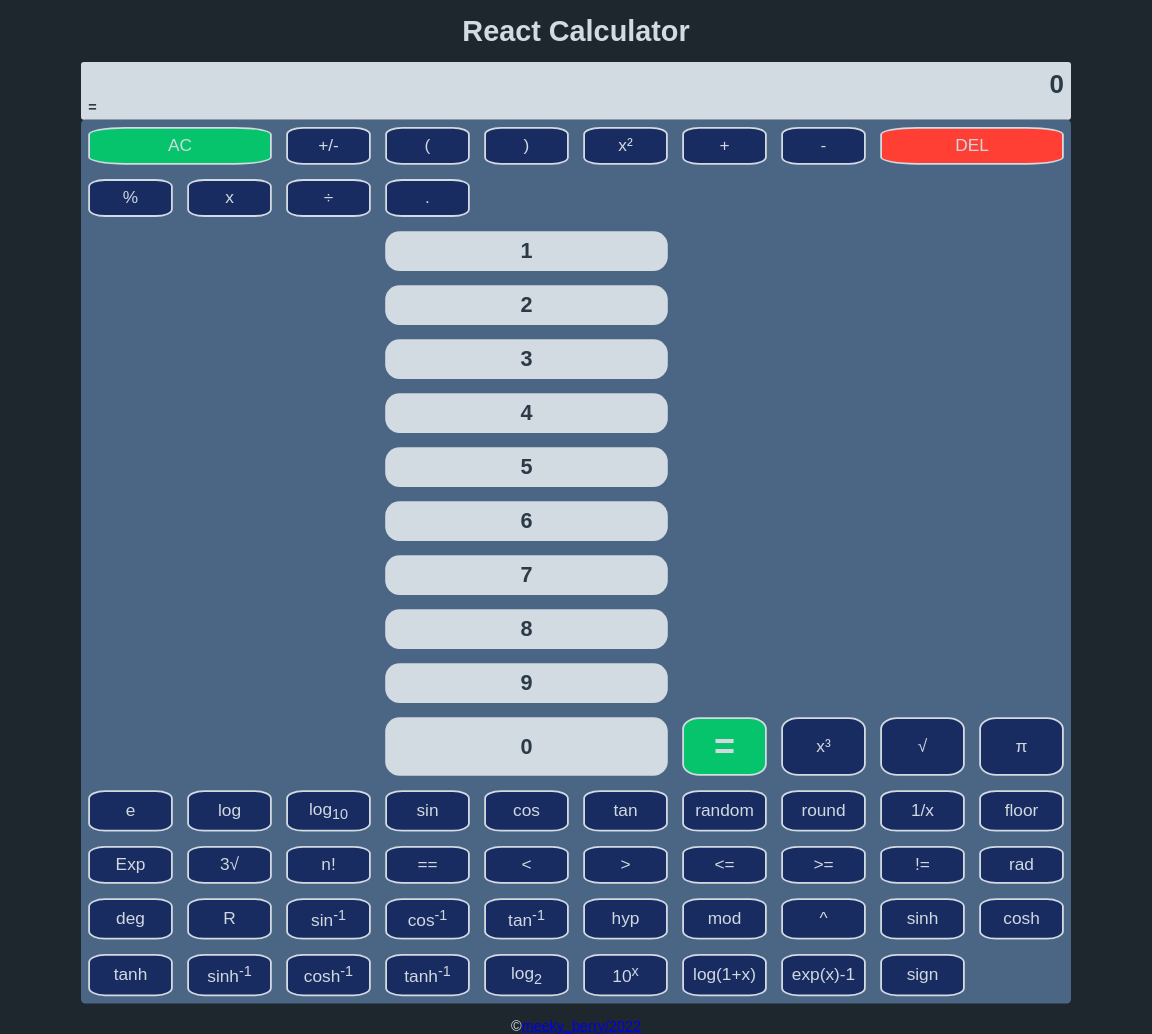
Repository: MikkyPrestige/calculator
Page: /
An editor plug-in stored every save of this project. The page is shown before and after the next save, followed by the edit.
The browser window is 1280 px wide. The pictures show the whole page, at 90% of full size.
The project was rebuilt for these pictures with package versions that can differ from the ones it lists, and the page was loaded fresh each time.

Above is the page before, as saved 2022-11-17 21:42:30.

### src/index.css
* {
 margin: 0;
 padding: 0;
 box-sizing: border-box;
}

body {
 font-family: 'Poppins', sans-serif;
 background: #1e272e;
}

.heading {
  color: #d2dae2;
  text-align: center;
  margin: 1rem;
}

.app-container {
 width: 100%;
 max-width: 1100px;
 margin: 1rem auto;
}

.display {
 background-color: #d2dae2;
 color: #2C3A47;
 height: 4rem;
 font-size: 1.8rem;
 font-weight: 700;
 display: flex;
 flex-direction: column;
 padding: .5rem;
 border-radius: .2rem;
}

.display-calc {
 display: flex;
 justify-content: flex-end;
 align-items: center;
}

.display-result {
 display: flex;
 justify-content: flex-start;
 align-items: center;
 font-size: 1rem;
 font-weight: 700;
}

.operators {
 display: grid;
 grid-template-columns: repeat(10, 1fr);
 grid-gap: 1rem;
 background-color: #4b6584;
 padding: .5rem;
 border-radius: .3rem;
}

.operator {
 background-color: #182C61;
 color: #d1d8e0;
 font-size: 1.2rem;
 font-weight: 400;
 padding: .5rem;
 border: none;
 cursor: pointer;
 border-radius: 20%;
 border: 2px solid #d2dae2;
 -webkit-border-radius: 20%;
 -moz-border-radius: 20%;
 -ms-border-radius: 20%;
 -o-border-radius: 20%;
}

.operator:hover {
 background-color: #273c75;
}

.operator:active {
 background-color: #485460;
}

.digit {
  font-size: 1.5rem;
  font-weight: 700;
  color: #2C3A47;
  cursor: pointer;
  background-color: #d2dae2;
  border: none;
  border-radius: 1rem;
  text-align: center;
  padding: .5rem;
  grid-column: 4 /7;
}

.digit:hover {
  background-color: #808e9b;
}

.digit:active {
  background-color: #485460;
}

.clear {
 background-color: #05c46b;
  grid-column: 1 / 3;
  grid-row: 1 / 2;
}

.delete {
 background-color: #ff3f34;
  grid-column: 9 / -1;
  grid-row: 1 / 2;
}

.equalTo {
 /* grid-row: 6 / span 2; */
 /* grid-column: 6; */
 background-color: #05c46b;
 font-size: 2.5rem;
 font-weight: 700;
}

.cube {
 /* grid-row: 3; */
}

.sqrt {
 /* grid-row: 4; */
}

.exponent {
 /* grid-row: 5; */
}

.pie {
 /* grid-row: 5; */
}

.log {
 /* grid-row: 3; */
}

.logTen {
 /* grid-row: 4; */
}

.sin {
 /* grid-row: 3; */
}

.tan {
 /* grid-row: 4; */
}

.cos  {
 /* grid-row: 5; */
}

.zero {
 /* grid-row: 6; */
 /* grid-column: 5; */
}

.attribution {
  color: #d2dae2;
  text-align: center;
}

### src/App.js
import React from 'react';
import { useState } from 'react';

function App() {
  // DECLARE A NEW STATE VARIABLE
  const [calc, setCalc] = useState("");
  const [result, setResult] = useState("");

  // OPERATORS VARIABLE IS AN ARRAY OF OPERATORS THAT WILL BE USED TO CHECK IF THE USER IS TRYING TO ENTER AN OPERATOR OR NOT
  const ops = ["+", "-", "*", "/", ".", "<", ">", "<=", ">=", "±", "%", "!="];

  // UPDATE CALC STATE VARIABLE WITH THE VALUE OF THE BUTTON THAT WAS CLICKED
  const updateCalc = value => {
    if (
      (ops.includes(value) && calc === "") || // IF THE VALUE IS AN OPERATOR AND THE CALC STATE VARIABLE IS EMPTY
      (ops.includes(value) && ops.includes(calc.slice(-1))) // IF THE VALUE IS AN OPERATOR AND THE LAST CHARACTER OF THE CALC STATE VARIABLE IS ALSO AN OPERATOR
    ) {
      return;
    }

    setCalc(calc + value);  // UPDATE THE CALC STATE VARIABLE WITH THE VALUE OF THE BUTTON THAT WAS CLICKED

    if (!ops.includes(value)) {  // IF THE VALUE IS NOT AN OPERATOR
      setResult(eval(calc + value).toString());   // EVALUATE THE CALC STATE VARIABLE AND UPDATE THE RESULT STATE VARIABLE
    }
  };

  // CREATE CLEAR FUNCTION
  const clear = () => {
    setCalc("");    // SET CALC STATE VARIABLE TO EMPTY
    setResult("");  // SET RESULT STATE VARIABLE TO EMPTY
  };

  // CREATE DELETE FUNCTION
  const del = () => {
    if (calc === "") {
      return;
    }
    const value = calc.slice(0, -1);  // REMOVE THE LAST CHARACTER OF THE CALC STATE VARIABLE
    setCalc(value);  // UPDATE THE CALC STATE VARIABLE
  };

  // CREATE EVALUATE FUNCTION
  const calculate = () => {
    setCalc(eval(calc).toString());  // EVALUATE THE CALC STATE VARIABLE AND UPDATE THE CALC STATE VARIABLE
    setResult("");  // SET RESULT STATE VARIABLE TO EMPTY
  };

  // CREATE PERCENTAGE FUNCTION
  const percentage = () => {
    if (calc === "") {
      return;
    }
    const value = parseFloat(calc);   // CONVERT THE CALC STATE VARIABLE TO A FLOAT
    if (value === 0) {
      return;
    }
    setCalc((value / 100).toString());  // DIVIDE THE CALC STATE VARIABLE BY 100 AND UPDATE THE CALC STATE VARIABLE
  };

  // CREATE POSITIVE/NEGATIVE FUNCTION
  const posNeg = () => {
    if (calc === "") {
      return;
    }
    const value = parseFloat(calc);
    if (value === 0) {
      return;
    }
    setCalc((value * -1).toString());  // MULTIPLY THE CALC STATE VARIABLE BY -1 AND UPDATE THE CALC STATE VARIABLE
  };

  // CREATE BRACKET FUNCTION
  const bracket = value => {
    if (calc === "" && value === "(" && ")") { // IF THE CALC STATE VARIABLE IS EMPTY AND THE VALUE IS "(" && ")"
      setCalc(calc + value);
      return;
    }
    setCalc(calc + value);  // UPDATE THE CALC STATE VARIABLE WITH THE VALUE OF THE BUTTON THAT WAS CLICKED
  };

  // CREATE SQUARE FUNCTION
  const square = () => {
    if (calc === "") {
      return;
    }
    const value = parseFloat(calc);
    if (value === 0) {
      return;
    }
    setCalc((value * value).toString());  // MULTIPLY THE CALC STATE VARIABLE BY ITSELF AND UPDATE THE CALC STATE VARIABLE
  };

  // CREATE A CUBE FUNCTION
  const cube = () => {
    if (calc === "") {
      return;
    }
    const value = parseFloat(calc);
    if (value === 0) {
      return;
    }
    setCalc((value * value * value).toString());  // MULTIPLY THE CALC STATE VARIABLE BY ITSELF THREE TIMES AND UPDATE THE CALC STATE VARIABLE
  };

  // CREATE SQUARE ROOT FUNCTION
  const squareRoot = () => {
    if (calc === "") {
      return;
    }
    const value = parseFloat(calc);
    if (value === 0) {
      return;
    }
    setCalc(Math.sqrt(value).toString());  // CALCULATE THE SQUARE ROOT OF THE CALC STATE VARIABLE AND UPDATE THE CALC STATE VARIABLE
  };

  // CREATE PI FUNCTION
  const pi = () => {
    if (calc === "") {
      return;
    }
    const value = parseFloat(calc);
    if (value === 0) {
      return;
    }
    setCalc((value * 3.141592653589793).toString());  // MULTIPLY THE CALC STATE VARIABLE BY PI AND UPDATE THE CALC STATE VARIABLE
  };

  // CREATE E FUNCTION
  const e = () => {
    if (calc === "") {
      return;
    }
    const value = parseFloat(calc);
    if (value === 0) {
      return;
    }
    setCalc((value * 2.718281828459045).toString());  // MULTIPLY THE CALC STATE VARIABLE BY E AND UPDATE THE CALC STATE VARIABLE
  };

  // CREATE LOG FUNCTION
  const log = () => {
    if (calc === "") {
      return;
    }
    const value = parseFloat(calc);
    if (value === 0) {
      return;
    }
    setCalc(Math.log(value).toString());  // CALCULATE THE LOGARITHM OF THE CALC STATE VARIABLE AND UPDATE THE CALC STATE VARIABLE
  };

  // CREATE BASE 10 LOG FUNCTION
  const log10 = () => {
    if (calc === "") {
      return;
    }
    const value = parseFloat(calc);
    if (value === 0) {
      return;
    }
    setCalc(Math.log10(value).toString());  // CALCULATE THE BASE 10 LOGARITHM OF THE CALC STATE VARIABLE AND UPDATE THE CALC STATE VARIABLE
  };

  // CREATE BASE 2 LOG FUNCTION
  const log2 = () => {
    if (calc === "") {
      return;
    }
    const value = parseFloat(calc);
    if (value === 0) {
      return;
    }
    setCalc(Math.log2(value).toString());  // CALCULATE THE BASE 2 LOGARITHM OF THE CALC STATE VARIABLE AND UPDATE THE CALC STATE VARIABLE
  };

  // CREATE LOG1P FUNCTION
  const log1p = () => {
    if (calc === "") {
      return;
    }
    const value = parseFloat(calc);
    if (value === 0) {
      return;
    }
    setCalc(Math.log1p(value).toString());  // CALCULATE THE LOGARITHM OF THE CALC STATE VARIABLE PLUS 1 AND UPDATE THE CALC STATE VARIABLE
  };

  // CREATE EXPONENTIAL -1 FUNCTION
  const expm1 = () => {
    if (calc === "") {
      return;
    }
    const value = parseFloat(calc);
    if (value === 0) {
      return;
    }
    setCalc(Math.expm1(value).toString());  // CALCULATE THE EXPONENTIAL OF THE CALC STATE VARIABLE MINUS 1 AND UPDATE THE CALC STATE VARIABLE
  };

  // CREATE SIGN FUNCTION
  const sign = () => {
    if (calc === "") {
      return;
    }
    const value = parseFloat(calc);
    if (value === 0) {
      return;
    }
    setCalc(Math.sign(value).toString());  // CALCULATE THE SIGN OF THE CALC STATE VARIABLE AND UPDATE THE CALC STATE VARIABLE
  };

  // CREATE RAISE TO POWER 10 FUNCTION
  const pow10 = () => {
    if (calc === "") {
      return;
    }
    const value = parseFloat(calc);
    if (value === 0) {
      return;
    }
    setCalc(Math.pow(10, value).toString());  // RAISE 10 TO THE POWER OF THE CALC STATE VARIABLE AND UPDATE THE CALC STATE VARIABLE
  };

  // CREATE SIN FUNCTION
  const sin = () => {
    if (calc === "") {
      return;
    }
    const value = parseFloat(calc);
    if (value === 0) {
      return;
    }
    setCalc(Math.sin(value).toString());  // CALCULATE THE SINE OF THE CALC STATE VARIABLE AND UPDATE THE CALC STATE VARIABLE
  };

  // CREATE COS FUNCTION
  const cos = () => {
    if (calc === "") {
      return;
    }
    const value = parseFloat(calc);
    if (value === 0) {
      return;
    }
    setCalc(Math.cos(value).toString());  // CALCULATE THE COSINE OF THE CALC STATE VARIABLE AND UPDATE THE CALC STATE VARIABLE
  };

  // CREATE TAN FUNCTION
  const tan = () => {
    if (calc === "") {
      return;
    }
    const value = parseFloat(calc);
    if (value === 0) {
      return;
    }
    setCalc(Math.tan(value).toString());  // CALCULATE THE TANGENT OF THE CALC STATE VARIABLE AND UPDATE THE CALC STATE VARIABLE
  };

  // CREATE INVERSE SIN FUNCTION
  const asin = () => {
    if (calc === "") {
      return;
    }
    const value = parseFloat(calc);
    if (value === 0) {
      return;
    }
    setCalc(Math.asin(value).toString());  // CALCULATE THE INVERSE SINE OF THE CALC STATE VARIABLE AND UPDATE THE CALC STATE VARIABLE
  };

  // CREATE INVERSE COS FUNCTION
  const acos = () => {
    if (calc === "") {
      return;
    }
    const value = parseFloat(calc);
    if (value === 0) {
      return;
    }
    setCalc(Math.acos(value).toString());  // CALCULATE THE INVERSE COSINE OF THE CALC STATE VARIABLE AND UPDATE THE CALC STATE VARIABLE
  };

  // CREATE INVERSE TAN FUNCTION
  const atan = () => {
    if (calc === "") {
      return;
    }
    const value = parseFloat(calc);
    if (value === 0) {
      return;
    }
    setCalc(Math.atan(value).toString());  // CALCULATE THE INVERSE TANGENT OF THE CALC STATE VARIABLE AND UPDATE THE CALC STATE VARIABLE
  };

  // CREATE SINH FUNCTION
  const sinh = () => {
    if (calc === "") {
      return;
    }
    const value = parseFloat(calc);
    if (value === 0) {
      return;
    }
    setCalc(Math.sinh(value).toString());  // CALCULATE THE HYPERBOLIC SINE OF THE CALC STATE VARIABLE AND UPDATE THE CALC STATE VARIABLE
  };

  // CREATE COSH FUNCTION
  const cosh = () => {
    if (calc === "") {
      return;
    }
    const value = parseFloat(calc);
    if (value === 0) {
      return;
    }
    setCalc(Math.cosh(value).toString());  // CALCULATE THE HYPERBOLIC COSINE OF THE CALC STATE VARIABLE AND UPDATE THE CALC STATE VARIABLE
  };

  // CREATE TANH FUNCTION
  const tanh = () => {
    if (calc === "") {
      return;
    }
    const value = parseFloat(calc);
    if (value === 0) {
      return;
    }
    setCalc(Math.tanh(value).toString());  // CALCULATE THE HYPERBOLIC TANGENT OF THE CALC STATE VARIABLE AND UPDATE THE CALC STATE VARIABLE
  };

  // CREATE INVERSE SINH FUNCTION
  const asinh = () => {
    if (calc === "") {
      return;
    }
    const value = parseFloat(calc);
    if (value === 0) {
      return;
    }
    setCalc(Math.asinh(value).toString());  // CALCULATE THE INVERSE HYPERBOLIC SINE OF THE CALC STATE VARIABLE AND UPDATE THE CALC STATE VARIABLE
  };

  // CREATE INVERSE COSH FUNCTION
  const acosh = () => {
    if (calc === "") {
      return;
    }
    const value = parseFloat(calc);
    if (value === 0) {
      return;
    }
    setCalc(Math.acosh(value).toString());  // CALCULATE THE INVERSE HYPERBOLIC COSINE OF THE CALC STATE VARIABLE AND UPDATE THE CALC STATE VARIABLE
  };

  // CREATE INVERSE TANH FUNCTION
  const atanh = () => {
    if (calc === "") {
      return;
    }
    const value = parseFloat(calc);
    if (value === 0) {
      return;
    }
    setCalc(Math.atanh(value).toString());  // CALCULATE THE INVERSE HYPERBOLIC TANGENT OF THE CALC STATE VARIABLE AND UPDATE THE CALC STATE VARIABLE
  };

  // CREATE HYPOTENUSE FUNCTION
  const hyp = () => {
    if (calc === "") {
      return;
    }
    const value = parseFloat(calc);
    if (value === 0) {
      return;
    }
    setCalc(Math.hypot(value).toString());  // CALCULATE THE HYPOTENUSE OF THE CALC STATE VARIABLE AND UPDATE THE CALC STATE VARIABLE
  };


  // CREATE RADIAN FUNCTION
  const radian = () => {
    if (calc === "") {
      return;
    }
    const value = parseFloat(calc);
    if (value === 0) {
      return;
    }
    setCalc((value * 0.017453292519943295).toString());  // MULTIPLY THE CALC STATE VARIABLE BY RADIAN AND UPDATE THE CALC STATE VARIABLE
  };

  // CREATE DEGREE FUNCTION
  const degree = () => {
    if (calc === "") {
      return;
    }
    const value = parseFloat(calc);
    if (value === 0) {
      return;
    }
    setCalc((value * 57.29577951308232).toString());  // MULTIPLY THE CALC STATE VARIABLE BY DEGREE AND UPDATE THE CALC STATE VARIABLE
  };

  // CREATE RADIUS FUNCTION
  const radius = () => {
    if (calc === "") {
      return;
    }
    const value = parseFloat(calc);
    if (value === 0) {
      return;
    }
    setCalc((value * 0.5).toString());  // MULTIPLY THE CALC STATE VARIABLE BY RADIUS AND UPDATE THE CALC STATE VARIABLE
  };

  // CREATE RECIPROCAL/INVERSE FUNCTION
  const reciprocal = () => {
    if (calc === "") {
      return;
    }
    const value = parseFloat(calc);
    if (value === 0) {
      return;
    }
    setCalc((1 / value).toString());  // DIVIDE 1 BY THE CALC STATE VARIABLE AND UPDATE THE CALC STATE VARIABLE
  };

  // CREATE RANDOM FUNCTION
  const random = () => {
    if (calc === "") {
      return;
    }
    const value = parseFloat(calc);
    if (value === 0) {
      return;
    }
    setCalc(Math.random(value).toString());  // RANDOMLY GENERATE A NUMBER AND UPDATE THE CALC STATE VARIABLE
  };

  // CREATE ROUND FUNCTION
  const round = () => {
    if (calc === "") {
      return;
    }
    const value = parseFloat(calc);
    if (value === 0) {
      return;
    }
    setCalc(Math.round(value).toString());  // ROUND THE CALC STATE VARIABLE AND UPDATE THE CALC STATE VARIABLE
  };

  // CREATE FLOOR FUNCTION
  const floor = () => {
    if (calc === "") {
      return;
    }
    const value = parseFloat(calc);
    if (value === 0) {
      return;
    }
    setCalc(Math.floor(value).toString());  // FLOOR OF THE CALC STATE VARIABLE AND UPDATE THE CALC STATE VARIABLE
  };

  // CREATE EXPONENTIAL FUNCTION
  const exponential = () => {
    if (calc === "") {
      return;
    }
    const value = parseFloat(calc);
    if (value === 0) {
      return;
    }
    setCalc(Math.exp(value).toString());  // EXPONENTIAL OF THE CALC STATE VARIABLE AND UPDATE THE CALC STATE VARIABLE
  };

  // CREATE CUBE ROOT FUNCTION
  const cubeRoot = () => {
    if (calc === "") {
      return;
    }
    const value = parseFloat(calc);
    if (value === 0) {
      return;
    }
    setCalc(Math.cbrt(value).toString());  // CUBE ROOT OF THE CALC STATE VARIABLE AND UPDATE THE CALC STATE VARIABLE
  };

  // CREATE FACTORIAL FUNCTION
  const factorial = () => {
    if (calc === "") {
      return;
    }
    const value = parseFloat(calc);
    if (value === 0) {
      return;
    }
    setCalc(factorialize(value).toString());  // FACTORIAL OF THE CALC STATE VARIABLE AND UPDATE THE CALC STATE VARIABLE
  };

  // CREATE FACTORIAL FUNCTION
  const factorialize = (num) => {
    if (num < 0) {
      return -1;
    } else if (num === 0) {
      return 1;
    } else {
      return num * factorialize(num - 1);
    }
  };

  // CREATE DIGITS FUNCTION
  const createDigits = () => {
    const digits = []; // CREATE DIGITS ARRAY
    for (let i = 1; i < 10; i++) { // LOOP THROUGH DIGITS 1-9
      digits.push(i); // PUSH NUMBERS 1-9 TO DIGITS ARRAY
    }
    return digits;
  };

  //RETURN THE CALCULATOR SCREEN AND BUTTONS
  return (
    <div className='app'>
      <header>
        <h1 className='heading'>React Calculator</h1>
      </header>
      <div className='app-container'>
        <div className='display'>
          <div className='display-calc'>
            {calc || "0"}  {/* DISPLAY CALC STATE VARIABLE OR 0 */}
          </div>
          <div className='display-result'>
            = {result}  {/* DISPLAY RESULT STATE VARIABLE */}
          </div>
        </div>
        <div className='operators'>
          <button onClick={clear} className='operator clear'>AC</button>
          <button onClick={posNeg} className='operator'>+/-</button>
          <button onClick={() => bracket('(')} className='operator'>(</button>
          <button onClick={() => bracket(')')} className='operator'>)</button>
          <button onClick={square} className='operator'>x²</button>
          <button onClick={del} className='operator delete'>DEL</button>
          <button onClick={() => updateCalc('+')} className='operator'>+</button>
          <button onClick={() => updateCalc('-')} className='operator'>-</button>
          <button onClick={percentage} className='operator'>%</button>
          <button onClick={() => updateCalc('*')} className='operator'>x</button>
          <button onClick={() => updateCalc('/')} className='operator'>÷</button>
          <button onClick={() => updateCalc('.')} className='operator'>.</button>
          {createDigits().map((digit) => (
            <button onClick={() => updateCalc(digit.toString())} className='digit' key={digit}>{digit}</button> // CREATE DIGITS BUTTONS AND MAP THROUGH DIGITS ARRAY TO DISPLAY DIGITS 1-9 ON BUTTONS
          ))}
          <button onClick={() => updateCalc('0')} className='zero digit'>0</button>
          <button onClick={calculate} className='operator equalTo'>=</button>
          <button onClick={cube} className='operator cube'>x³</button>
          <button onClick={squareRoot} className='operator sqrt'>√</button>
          <button onClick={pi} className='operator pie'>π</button>
          <button onClick={e} className='operator exponent'>e</button>
          <button onClick={log} className='operator log'>log</button>
          <button onClick={log10} className='operator logTen'>log<sub>10</sub></button>
          <button onClick={sin} className='operator sin'>sin</button>
          <button onClick={cos} className='operator cos'>cos</button>
          <button onClick={tan} className='operator tan'>tan</button>
          <button onClick={random} className='operator'>random</button>
          <button onClick={round} className='operator'>round</button>
          <button onClick={reciprocal} className='operator'>1/x</button>
          <button onClick={floor} className='operator'>floor</button>
          <button onClick={exponential} className='operator'>Exp</button>
          <button onClick={cubeRoot} className='operator'>3√</button>
          <button onClick={factorial} className='operator'>n!</button>
          <button onClick={() => updateCalc('==')} className='operator'>==</button>
          <button onClick={() => updateCalc('<')} className='operator'>{'<'}</button>
          <button onClick={() => updateCalc('>')} className='operator'>{'>'}</button>
          <button onClick={() => updateCalc('<=')} className='operator'>{'<='}</button>
          <button onClick={() => updateCalc('>=')} className='operator'>{'>='}</button>
          <button onClick={() => updateCalc('!=')} className='operator'>{'!='}</button>
          <button onClick={radian} className='operator'>rad</button>
          <button onClick={degree} className='operator'>deg</button>
          <button onClick={radius} className='operator'>R</button>
          <button onClick={asin} className='operator'>sin<sup>-1</sup></button>
          <button onClick={acos} className='operator'>cos<sup>-1</sup></button>
          <button onClick={atan} className='operator'>tan<sup>-1</sup></button>
          <button onClick={hyp} className='operator'>hyp</button>
          <button onClick={() => updateCalc('%')} className='operator'>mod</button>
          <button onClick={() => updateCalc('**')} className='operator'>^</button>
          <button onClick={sinh} className='operator'>sinh</button>
          <button onClick={cosh} className='operator'>cosh</button>
          <button onClick={tanh} className='operator'>tanh</button>
          <button onClick={asinh} className='operator'>sinh<sup>-1</sup></button>
          <button onClick={acosh} className='operator'>cosh<sup>-1</sup></button>
          <button onClick={atanh} className='operator'>tanh<sup>-1</sup></button>
          <button onClick={log2} className='operator'>log<sub>2</sub></button>
          <button onClick={pow10} className='operator'>10<sup>x</sup></button>
          <button onClick={log1p} className='operator'>log(1+x)</button>
          <button onClick={expm1} className='operator'>exp(x)-1</button>
          <button onClick={sign} className='operator'>sign</button>
        </div>
      </div>
      <footer className='attribution'>&copy;<a meeky_berry href="https://github.com/MeekyBerry" target="_blank" rel="noreferrer">meeky_berry/2022</a></footer>
    </div>
  );
}

// EXPORT APP
export default App;

Loaded but not shown: public/index.html (common file); src/index.js (common file)

After the next save:
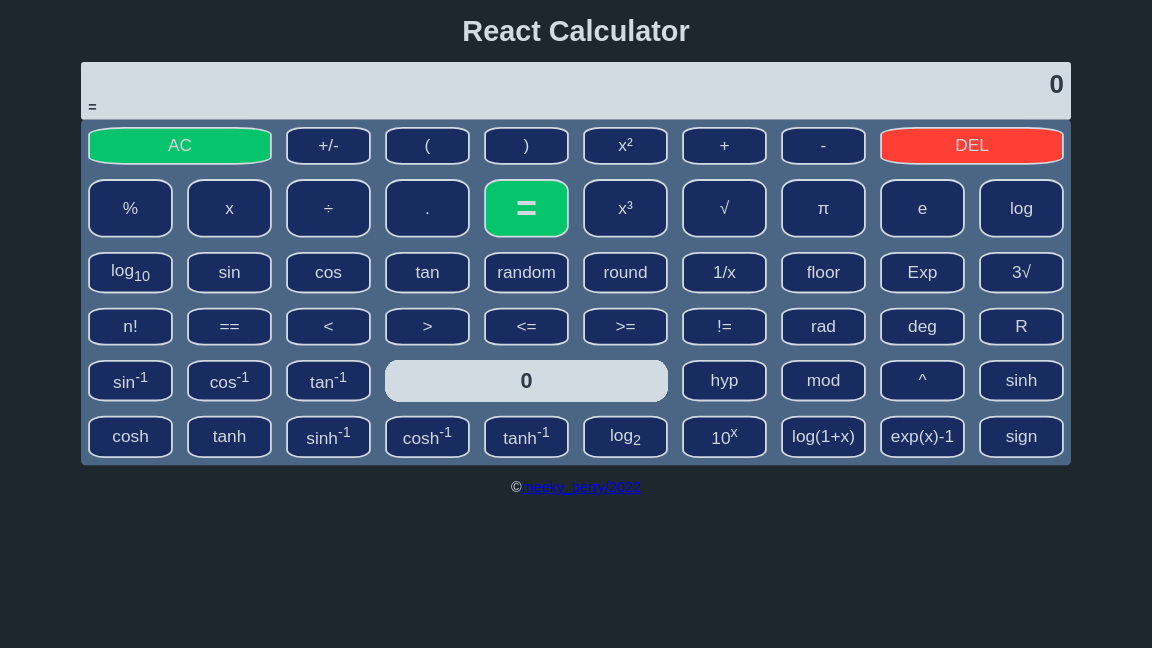
Saved 16 s later.
--- a/src/index.css
+++ b/src/index.css
@@ -91,6 +91,7 @@ body {
   text-align: center;
   padding: .5rem;
   grid-column: 4 /7;
+  grid-row: 5;
 }
 
 .digit:hover {
